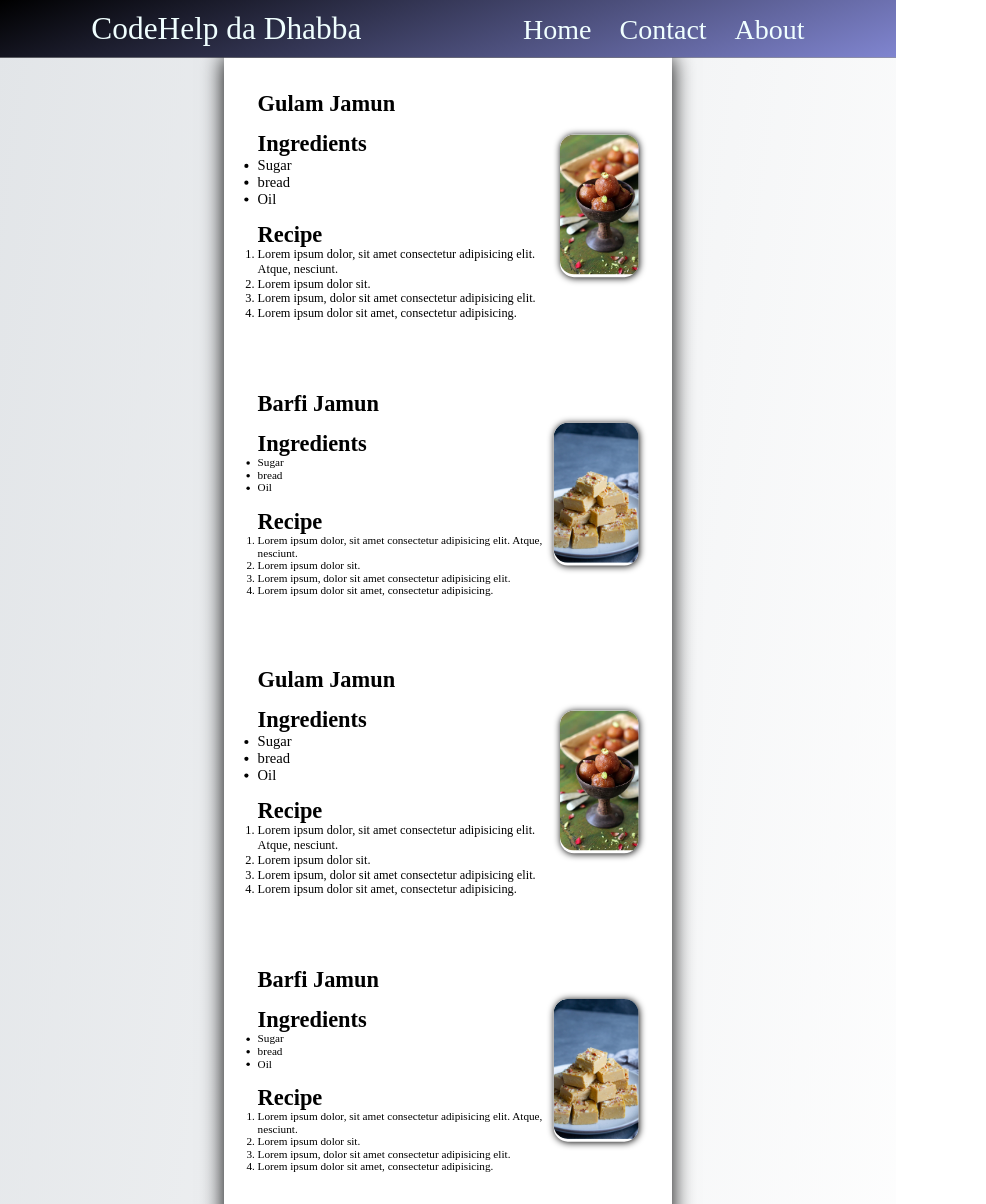
Repository: ssaddamhuss100/Recipe_Html_css
Page: index.html
An editor plug-in stored every save of this project. The page is shown before and after a run of saves, followed by the edit.
The browser window is 1280 px wide. The page is 1280 px wide, then 1408 px, so the pictures cover 1408 px, including what lies to the right of the window. The pictures show the part of the page from y = 0 to 1720 px (the page is 2587 px tall), at 70% of full size.

Above is the page before, as saved 2024-12-12 10:46:42.

After the next 2 saves:
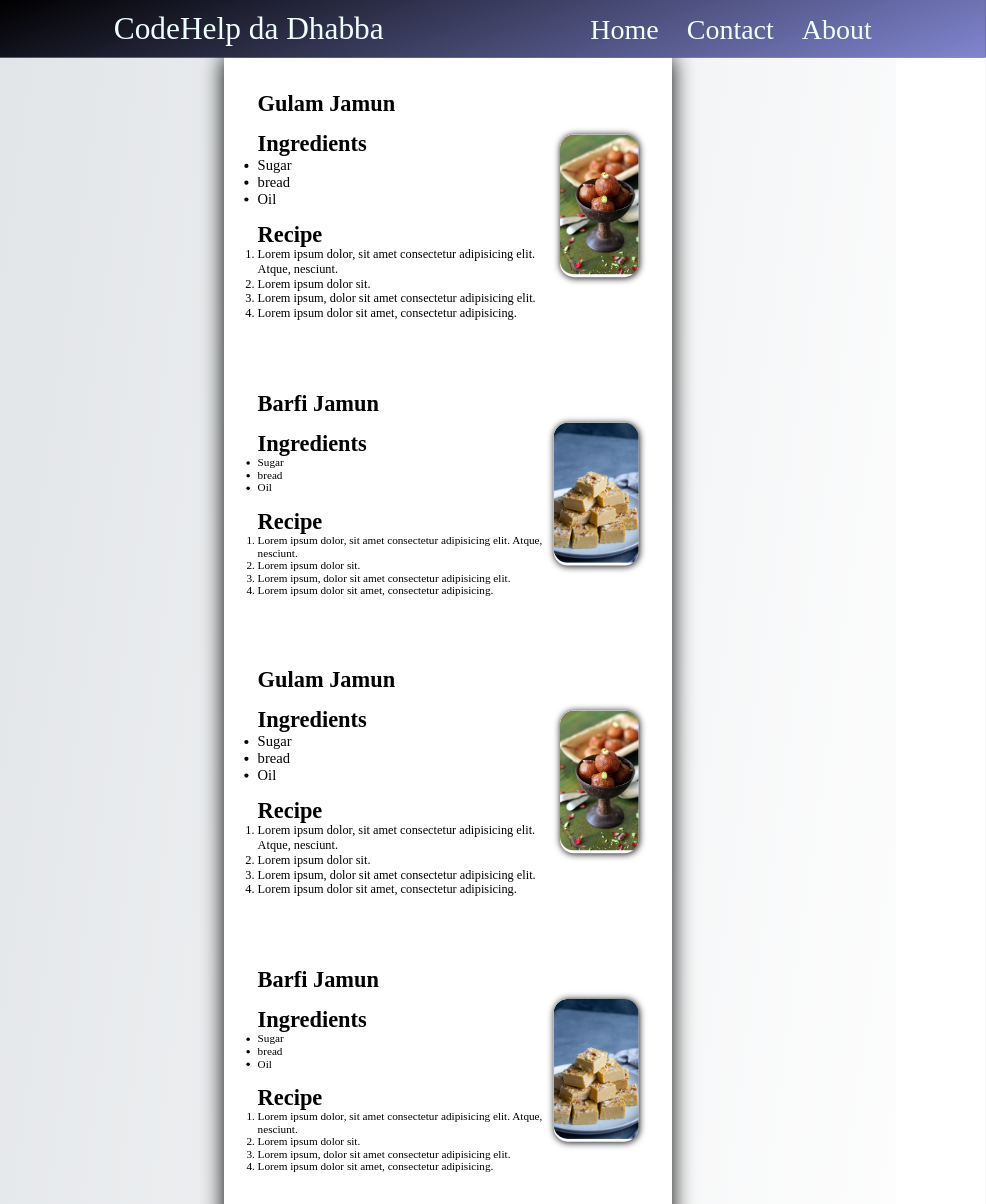
The 2 saves are shown as one change because they came seconds apart.
The last was saved 60 s later.
--- a/style.css
+++ b/style.css
@@ -13,7 +13,7 @@
 }
 
 .navContainer{
-    width: 100vw;
+    width: 110vw;
     /* background-color: rgba(113, 113, 154, 0.776);
     */
     background-color: #000000;
